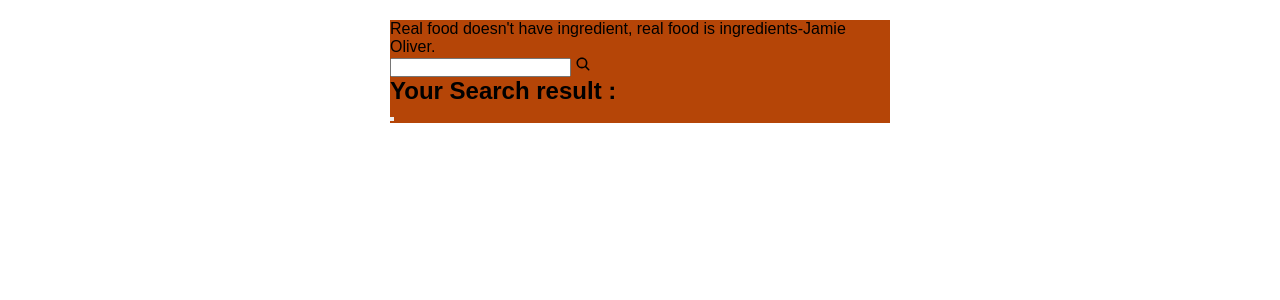
Repository: andrewhuynh561/javascipt
Page: Day 1/index.html
An editor plug-in stored every save of this project. The page is shown before and after the next save, followed by the edit.
The browser window is 1280 px wide. The pictures show the whole page.

Above is the page before, as saved 2023-05-17 21:40:18.

After the next save:
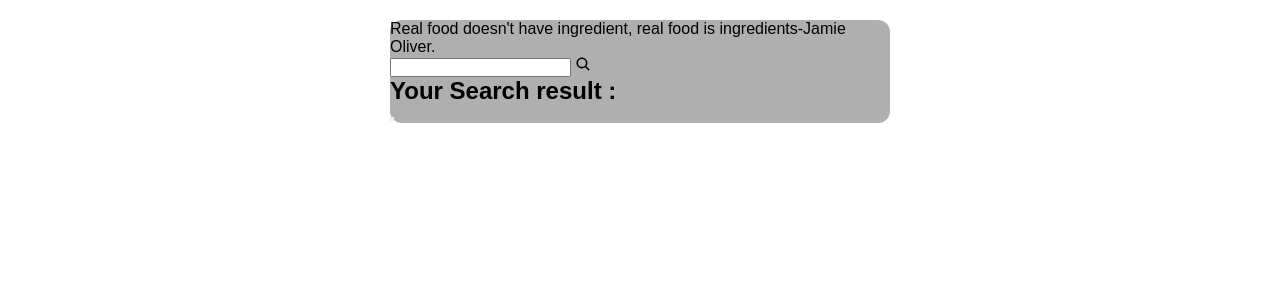
Saved 23 s later.
--- a/Day 1/style.css
+++ b/Day 1/style.css
@@ -14,6 +14,8 @@ body {
 .container{
     margin: auto;
     padding: auto;
-    background-color: #b54507;
+    background-color: #afafaf;
     max-width: 500px;
+    border-radius: 12px;
+
 }
